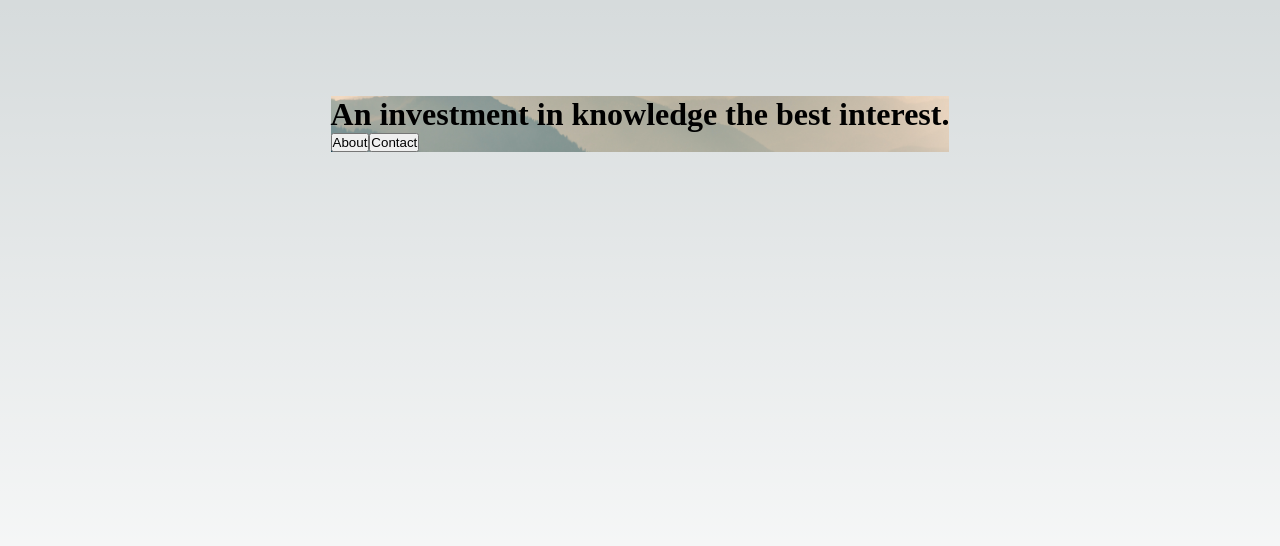
Repository: SanlyLp/assignment-1-playwright-site-a01182379
Page: /
These files come from the project's save history. The page is drawn as it stood at one moment and after the next save; the edit follows.
The browser window is 1280 px wide. The pictures show the whole page.
The project was rebuilt for these pictures with package versions that can differ from the ones it lists, and the page was loaded fresh each time. The framework's server and built-in components were replaced by stand-ins that run in the browser. Also part of the build but not shown: next.config.js.

Above is the page before, as saved 2023-02-05 20:04:23.

### pages/_app.js
import '@/styles/globals.css'
import '../styles/variables.css'

export default function MyApp({ Component, pageProps }) {
  return <Component {...pageProps} />
}

### pages/index.js
import Head from 'next/head'
import { Inter } from '@next/font/google'
import styles from '@/styles/Home.module.css'
import Link from 'next/link';

const inter = Inter({ subsets: ['latin'] })

export default function Home() {
  return (
    <>
      <Head>
        <title>Home Page</title>
        <meta name="description" content="Generated by create next app" />
        <meta name="viewport" content="width=device-width, initial-scale=1" />
        <link rel="icon" href="/favicon.ico" />
      </Head>
      <main className={styles.main}>
        <div className={styles.bg}>
        <div>
          <h1>An investment in knowledge
            the best interest.
          </h1>
          <Link href="/about">
            <button>About</button>
          </Link>
          <Link href="/contact">
            <button>Contact</button>
          </Link>
        </div>

        </div>

      </main>
    </>
  )
}

### styles/globals.css
:root {
  --max-width: 1100px;
  --border-radius: 12px;
  --font-mono: ui-monospace, Menlo, Monaco, 'Cascadia Mono', 'Segoe UI Mono',
    'Roboto Mono', 'Oxygen Mono', 'Ubuntu Monospace', 'Source Code Pro',
    'Fira Mono', 'Droid Sans Mono', 'Courier New', monospace;

  --foreground-rgb: 0, 0, 0;
  --background-start-rgb: 214, 219, 220;
  --background-end-rgb: 255, 255, 255;

  --primary-glow: conic-gradient(
    from 180deg at 50% 50%,
    #16abff33 0deg,
    #0885ff33 55deg,
    #54d6ff33 120deg,
    #0071ff33 160deg,
    transparent 360deg
  );
  --secondary-glow: radial-gradient(
    rgba(255, 255, 255, 1),
    rgba(255, 255, 255, 0)
  );

  --tile-start-rgb: 239, 245, 249;
  --tile-end-rgb: 228, 232, 233;
  --tile-border: conic-gradient(
    #00000080,
    #00000040,
    #00000030,
    #00000020,
    #00000010,
    #00000010,
    #00000080
  );

  --callout-rgb: 238, 240, 241;
  --callout-border-rgb: 172, 175, 176;
  --card-rgb: 180, 185, 188;
  --card-border-rgb: 131, 134, 135;
}
::-webkit-scrollbar {
  width: 10px;
  background-color:var( --ternary-color)
}

::-webkit-scrollbar-thumb {
  background-color:var(--primary-color);
  border-radius: 10px;
}

::-webkit-scrollbar-thumb:hover {
  background-color:var(--quaternary-color)
}


@media (prefers-color-scheme: dark) {
  :root {
    --foreground-rgb: 255, 255, 255;
    --background-start-rgb: 0, 0, 0;
    --background-end-rgb: 0, 0, 0;

    --primary-glow: radial-gradient(rgba(1, 65, 255, 0.4), rgba(1, 65, 255, 0));
    --secondary-glow: linear-gradient(
      to bottom right,
      rgba(1, 65, 255, 0),
      rgba(1, 65, 255, 0),
      rgba(1, 65, 255, 0.3)
    );

    --tile-start-rgb: 2, 13, 46;
    --tile-end-rgb: 2, 5, 19;
    --tile-border: conic-gradient(
      #ffffff80,
      #ffffff40,
      #ffffff30,
      #ffffff20,
      #ffffff10,
      #ffffff10,
      #ffffff80
    );

    --callout-rgb: 20, 20, 20;
    --callout-border-rgb: 108, 108, 108;
    --card-rgb: 100, 100, 100;
    --card-border-rgb: 200, 200, 200;
  }
}

* {
  box-sizing: border-box;
  padding: 0;
  margin: 0;
}

html,
body {
  max-width: 100vw;
  overflow-x: hidden;
}

body {
  color: rgb(var(--foreground-rgb));
  background: linear-gradient(
      to bottom,
      transparent,
      rgb(var(--background-end-rgb))
    )
    rgb(var(--background-start-rgb));
}

a {
  color: inherit;
  text-decoration: none;
}

@media (prefers-color-scheme: dark) {
  html {
    color-scheme: dark;
  }
}

### styles/variables.css
:root{
    --primary-color: #fff;
    --secondary-color: #f4d6b9;
    --ternary-color: #7796a4;
    --quaternary-color: #14343d;
    --quinary-color: rgb(16,46,53,0.5);
}

### styles/Home.module.css
.main {
  display: flex;
  flex-direction: column;
  justify-content: space-between;
  align-items: center;
  padding: 6rem;
  min-height: 100vh;
}
.bg{
  background-image: url("../public/background-images/backgroundMountain.jpg");
  background-size: cover;
  background-repeat: no-repeat;
  background-position: center;


}

.description {
  display: inherit;
  justify-content: inherit;
  align-items: inherit;
  font-size: 0.85rem;
  max-width: var(--max-width);
  width: 100%;
  z-index: 2;
  font-family: var(--font-mono);
}

.description a {
  display: flex;
  justify-content: center;
  align-items: center;
  gap: 0.5rem;
}

.description p {
  position: relative;
  margin: 0;
  padding: 1rem;
  background-color: rgba(var(--callout-rgb), 0.5);
  border: 1px solid rgba(var(--callout-border-rgb), 0.3);
  border-radius: var(--border-radius);
}

.code {
  font-weight: 700;
  font-family: var(--font-mono);
}

.grid {
  display: grid;
  grid-template-columns: repeat(4, minmax(25%, auto));
  width: var(--max-width);
  max-width: 100%;
}

.card {
  padding: 1rem 1.2rem;
  border-radius: var(--border-radius);
  background: rgba(var(--card-rgb), 0);
  border: 1px solid rgba(var(--card-border-rgb), 0);
  transition: background 200ms, border 200ms;
}

.card span {
  display: inline-block;
  transition: transform 200ms;
}

.card h2 {
  font-weight: 600;
  margin-bottom: 0.7rem;
}

.card p {
  margin: 0;
  opacity: 0.6;
  font-size: 0.9rem;
  line-height: 1.5;
  max-width: 30ch;
}

.center {
  display: flex;
  justify-content: center;
  align-items: center;
  position: relative;
  padding: 4rem 0;
}

.center::before {
  background: var(--secondary-glow);
  border-radius: 50%;
  width: 480px;
  height: 360px;
  margin-left: -400px;
}

.center::after {
  background: var(--primary-glow);
  width: 240px;
  height: 180px;
  z-index: -1;
}

.center::before,
.center::after {
  content: '';
  left: 50%;
  position: absolute;
  filter: blur(45px);
  transform: translateZ(0);
}

.logo,
.thirteen {
  position: relative;
}

.thirteen {
  display: flex;
  justify-content: center;
  align-items: center;
  width: 75px;
  height: 75px;
  padding: 25px 10px;
  margin-left: 16px;
  transform: translateZ(0);
  border-radius: var(--border-radius);
  overflow: hidden;
  box-shadow: 0px 2px 8px -1px #0000001a;
}

.thirteen::before,
.thirteen::after {
  content: '';
  position: absolute;
  z-index: -1;
}

/* Conic Gradient Animation */
.thirteen::before {
  animation: 6s rotate linear infinite;
  width: 200%;
  height: 200%;
  background: var(--tile-border);
}

/* Inner Square */
.thirteen::after {
  inset: 0;
  padding: 1px;
  border-radius: var(--border-radius);
  background: linear-gradient(
    to bottom right,
    rgba(var(--tile-start-rgb), 1),
    rgba(var(--tile-end-rgb), 1)
  );
  background-clip: content-box;
}

/* Enable hover only on non-touch devices */
@media (hover: hover) and (pointer: fine) {
  .card:hover {
    background: rgba(var(--card-rgb), 0.1);
    border: 1px solid rgba(var(--card-border-rgb), 0.15);
  }

  .card:hover span {
    transform: translateX(4px);
  }
}

@media (prefers-reduced-motion) {
  .thirteen::before {
    animation: none;
  }

  .card:hover span {
    transform: none;
  }
}

/* Mobile */
@media (max-width: 700px) {
  .content {
    padding: 4rem;
  }

  .grid {
    grid-template-columns: 1fr;
    margin-bottom: 120px;
    max-width: 320px;
    text-align: center;
  }

  .card {
    padding: 1rem 2.5rem;
  }

  .card h2 {
    margin-bottom: 0.5rem;
  }

  .center {
    padding: 8rem 0 6rem;
  }

  .center::before {
    transform: none;
    height: 300px;
  }

  .description {
    font-size: 0.8rem;
  }

  .description a {
    padding: 1rem;
  }

  .description p,
  .description div {
    display: flex;
    justify-content: center;
    position: fixed;
    width: 100%;
  }

  .description p {
    align-items: center;
    inset: 0 0 auto;
    padding: 2rem 1rem 1.4rem;
    border-radius: 0;
    border: none;
    border-bottom: 1px solid rgba(var(--callout-border-rgb), 0.25);
    background: linear-gradient(
      to bottom,
      rgba(var(--background-start-rgb), 1),
      rgba(var(--callout-rgb), 0.5)
    );
    background-clip: padding-box;
    backdrop-filter: blur(24px);
  }

  .description div {
    align-items: flex-end;
    pointer-events: none;
    inset: auto 0 0;
    padding: 2rem;
    height: 200px;
    background: linear-gradient(
      to bottom,
      transparent 0%,
      rgb(var(--background-end-rgb)) 40%
    );
    z-index: 1;
  }
}

/* Tablet and Smaller Desktop */
@media (min-width: 701px) and (max-width: 1120px) {
  .grid {
    grid-template-columns: repeat(2, 50%);
  }
}

@media (prefers-color-scheme: dark) {
  .vercelLogo {
    filter: invert(1);
  }

  .logo,
  .thirteen img {
    filter: invert(1) drop-shadow(0 0 0.3rem #ffffff70);
  }
}

@keyframes rotate {
  from {
    transform: rotate(360deg);
  }
  to {
    transform: rotate(0deg);
  }
}

Loaded but not shown: pages/_document.js (common file)

After the next save:
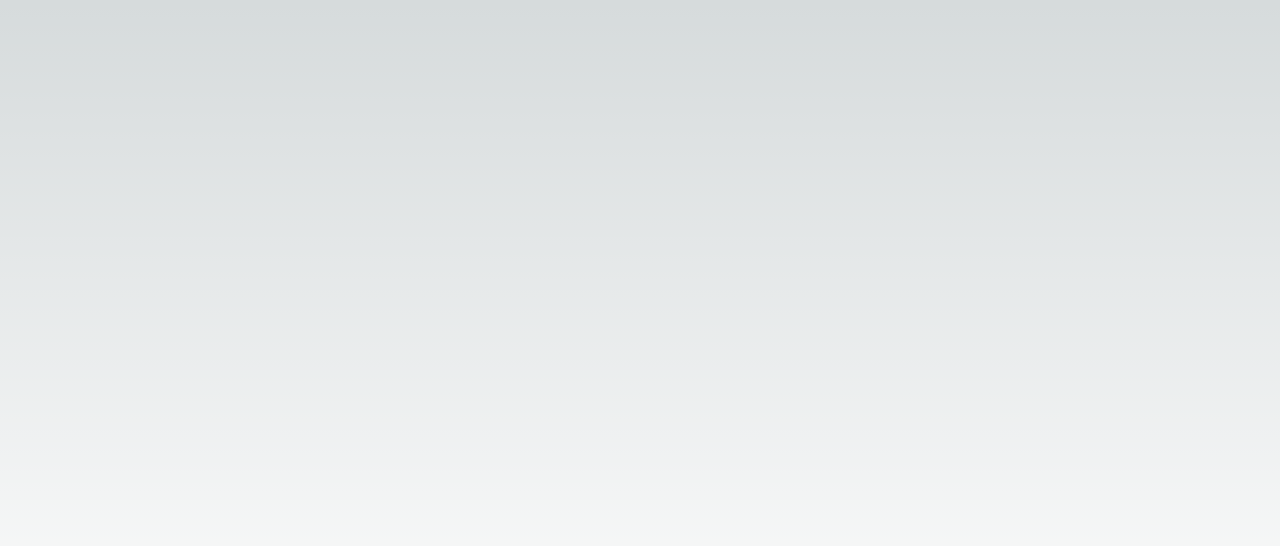
Saved 6 s later.
--- a/pages/index.js
+++ b/pages/index.js
@@ -16,17 +16,7 @@ export default function Home() {
       </Head>
       <main className={styles.main}>
         <div className={styles.bg}>
-        <div>
-          <h1>An investment in knowledge
-            the best interest.
-          </h1>
-          <Link href="/about">
-            <button>About</button>
-          </Link>
-          <Link href="/contact">
-            <button>Contact</button>
-          </Link>
-        </div>
+
 
         </div>
 
